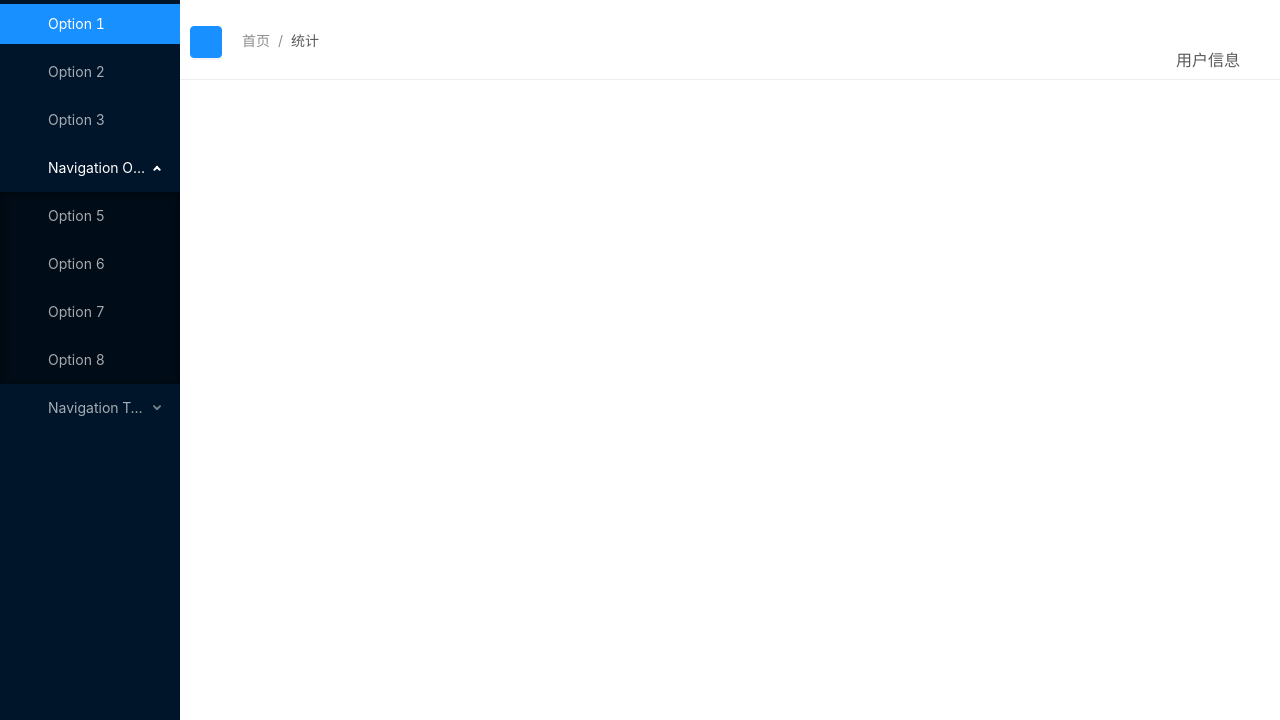
Repository: Ysleave/mall-app
Page: /
The author's editor kept a copy of each file at every save. The page is drawn from the files as they stood at one save, then again after the next save.
The browser window is 1280 px wide. The pictures show the whole page.
The project was rebuilt for these pictures with package versions that can differ from the ones it lists, and the page was loaded fresh each time.

Above is the page before, as saved 2021-01-15 22:05:04.

### public/index.html
<!DOCTYPE html>
<html lang="en">
  <head>
    <meta charset="utf-8">
    <meta http-equiv="X-UA-Compatible" content="IE=edge">
    <meta name="viewport" content="width=device-width,initial-scale=1.0">
    <link rel="icon" href="<%= BASE_URL %>favicon.ico">
    <title>student</title>
  </head>
  <body>
    <noscript>
      <strong>We're sorry but student doesn't work properly without JavaScript enabled. Please enable it to continue.</strong>
    </noscript>
    <div id="app"></div>
    <!-- built files will be auto injected -->
  </body>
</html>

### src/main.js
import Vue from 'vue'
import Antd from 'ant-design-vue';
import App from './App.vue'
import router from './router'
import store from './store'
import 'ant-design-vue/dist/antd.css';
import './assets/css/reset.css'

Vue.config.productionTip = false
Vue.use(Antd);

new Vue({
  router,
  store,
  render: h => h(App)
}).$mount('#app')

### src/App.vue
<template>
  <div id="app" class="wrapper">
    <home/>
  </div>
</template>
<script>
import home from '@/views/home'
export default {
  components:{
    home
  },
}
</script>

### src/router.js
import Vue from 'vue'
import Router from 'vue-router'

Vue.use(Router)

export default new Router({
  mode: 'history',
  routes:[

  ],
  linkActiveClass:'active'
})

### src/store.js
import Vue from 'vue'
import Vuex from 'vuex'


Vue.use(Vuex)

export default new Vuex.Store({
  state: {
    collapsed:false
  },
  mutations: {
     changeCollapsed(state){
       state.collapsed = !state.collapsed
     }
  },
  actions: {
    changeCollapsed({commit}){
      commit("changeCollapsed")
    }
  }
})

### src/assets/css/reset.css
body, h1, h2, h3, h4, h5, h6, hr, p, blockquote, dl, dt, dd, ul, ol, li, pre, form, fieldset, legend, button, input, textarea, th, td { margin:0; padding:0; }
body, button, input, select, textarea { font:12px/1.5tahoma, arial, \5b8b\4f53; }
h1, h2, h3, h4, h5, h6{ font-size:100%; }
address, cite, dfn, em, var { font-style:normal; }
code, kbd, pre, samp { font-family:couriernew, courier, monospace; }
small{ font-size:12px; }
ul, ol { list-style:none; }
a { text-decoration:none; }
a:hover { text-decoration:underline; }
sup { vertical-align:text-top; }
sub{ vertical-align:text-bottom; }
legend { color:#000; }
fieldset, img { border:0; }
button, input, select, textarea { font-size:100%; }
table { border-collapse:collapse; border-spacing:0; }

### src/views/home.vue
<!-- 页面根组件 -->
<template>
  <div class="home">
    <div class="leftmenuWrapper">
      <leftMenu></leftMenu>
    </div>
    <mainContent />
  </div>
</template>

<script>
import leftMenu from "@/views/leftMenu";
import mainContent from "@/views/mainContent";
export default {
  components: {
    leftMenu,
    mainContent,
  },
  data() {
    return {};
  },
  computed: {},
  methods: {},
  //生命周期 - 创建完成（可以访问当前this实例）
  created() {},
  //生命周期 - 挂载完成（可以访问DOM元素）
  mounted() {},
};
</script>
<style lang="less">
// @import url("~@/assets/css/home.less"); //引入公共css类
.home {
  .leftmenuWrapper {
    .menu-list {
      width: 180px;
      position: fixed;
      height: 100%;
      .ant-menu {
        height: 100%;
      }
    }
  }
  .mainContentWrapper {
    margin-left: 180px;
    transition: all 0.3s;
    font-size: 16px;
    &.menu-unfold {
      margin-left: 80px;
    }
    .headWrapper {
      height: 80px;
      line-height: 80px;
      padding-left: 10px;
      padding-right: 20px;
      border-bottom: 1px solid #eee;
      .breadcrumb {
        display: inline-block;
        margin-left: 20px;
      }
      .userInfo {
        float: right;
        cursor: pointer;
        text-align: center;
        height: 40px;
        line-height: 40px;
        padding:20px 0 20px 0;
        li:not(:first-child) {
          display: none;
          &:hover {
            background-color: #eee;
            color: #999;
            font-weight: 700;
          }
        }
        li {
          padding: 20px 20px;
        }
        &:hover {
          li {
            display: block;
          }
        }
      }
    }
  }
}
</style>

### src/views/leftMenu.vue
<template>
    <div class="menu-list">
      <a-menu
        :default-selected-keys="['1']"
        :default-open-keys="['sub1']"
        mode="inline"
        theme="dark"
        :inline-collapsed="$store.state.collapsed"
      >
        <a-menu-item key="1">
          <a-icon type="pie-chart" />
          <span>Option 1</span>
        </a-menu-item>
        <a-menu-item key="2">
          <a-icon type="desktop" />
          <span>Option 2</span>
        </a-menu-item>
        <a-menu-item key="3">
          <a-icon type="inbox" />
          <span>Option 3</span>
        </a-menu-item>
        <a-sub-menu key="sub1">
          <span slot="title"
            ><a-icon type="mail" /><span>Navigation One</span></span
          >
          <a-menu-item key="5">
            Option 5
          </a-menu-item>
          <a-menu-item key="6">
            Option 6
          </a-menu-item>
          <a-menu-item key="7">
            Option 7
          </a-menu-item>
          <a-menu-item key="8">
            Option 8
          </a-menu-item>
        </a-sub-menu>
        <a-sub-menu key="sub2">
          <span slot="title"
            ><a-icon type="appstore" /><span>Navigation Two</span></span
          >
          <a-menu-item key="9">
            Option 9
          </a-menu-item>
          <a-menu-item key="10">
            Option 10
          </a-menu-item>
          <a-sub-menu key="sub3" title="Submenu">
            <a-menu-item key="11">
              Option 11
            </a-menu-item>
            <a-menu-item key="12">
              Option 12
            </a-menu-item>
          </a-sub-menu>
        </a-sub-menu>
      </a-menu>
    </div>
</template>

<script>
export default {
  data() {
    return {
      collapsed: false,
    };
  },
};
</script>
<style></style>

### src/views/mainContent.vue
<!--  -->
<template>
  <div :class="{ mainContentWrapper: true, 'menu-unfold': $store.state.collapsed }">
    <div class="headWrapper">
      <a-button
        type="primary"
        style="margin-bottom: 16px"
        @click="toggleCollapsed"
      >
        <a-icon :type="$store.state.collapsed ? 'menu-unfold' : 'menu-fold'" />
      </a-button>
      <div class="breadcrumb">
        <template>
          <a-breadcrumb>
            <a-breadcrumb-item>首页</a-breadcrumb-item>
            <a-breadcrumb-item><a href="">统计</a></a-breadcrumb-item>
          </a-breadcrumb>
        </template>
      </div>
      <ul class="userInfo">
        <li> 用户信息</li>
        <li>退出</li>
      </ul>
    </div>
  </div>
</template>

<script>
export default {
  components: {},
  methods: {
    toggleCollapsed() {
      this.$store.dispatch("changeCollapsed");
    },
  },
  //生命周期 - 创建完成（可以访问当前this实例）
  created() {},
  //生命周期 - 挂载完成（可以访问DOM元素）
  mounted() {},
};
</script>
<style lang="less" scoped>
//@import url(); 引入公共css类
</style>

After the next save:
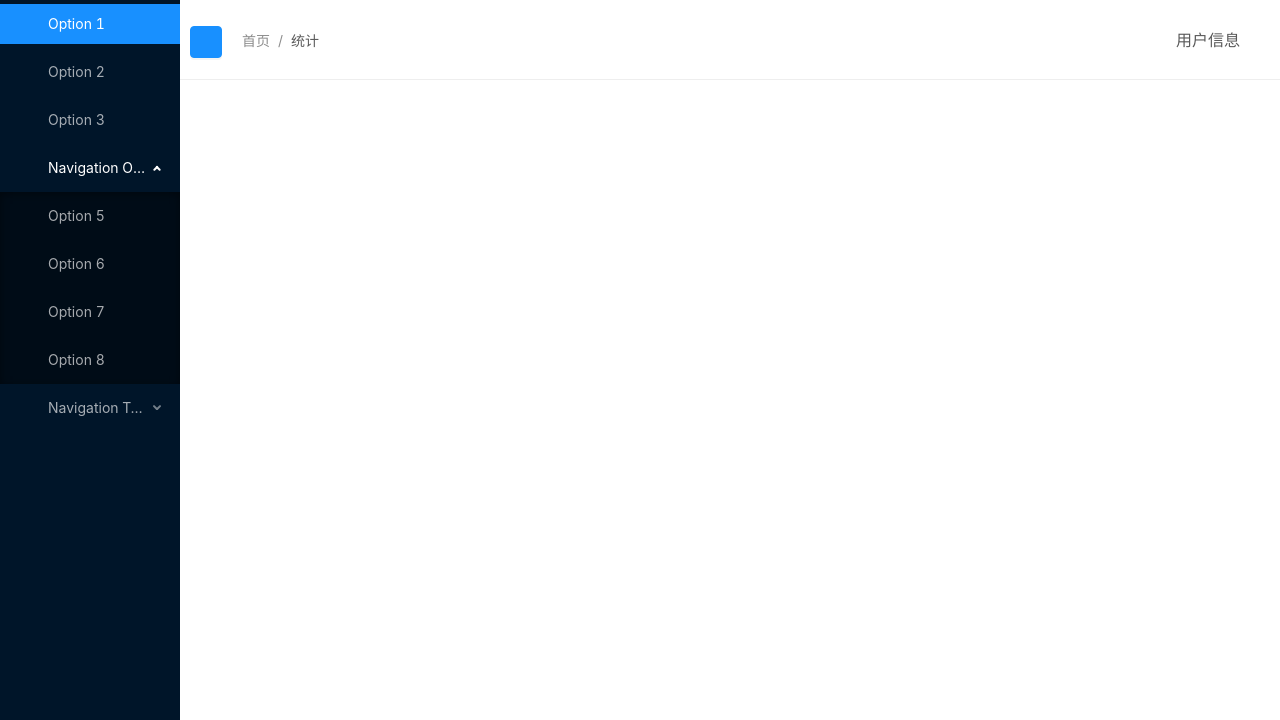
Saved 11 s later.
--- a/src/views/home.vue
+++ b/src/views/home.vue
@@ -73,7 +73,7 @@ export default {
           }
         }
         li {
-          padding: 20px 20px;
+          padding: 0px 20px;
         }
         &:hover {
           li {
